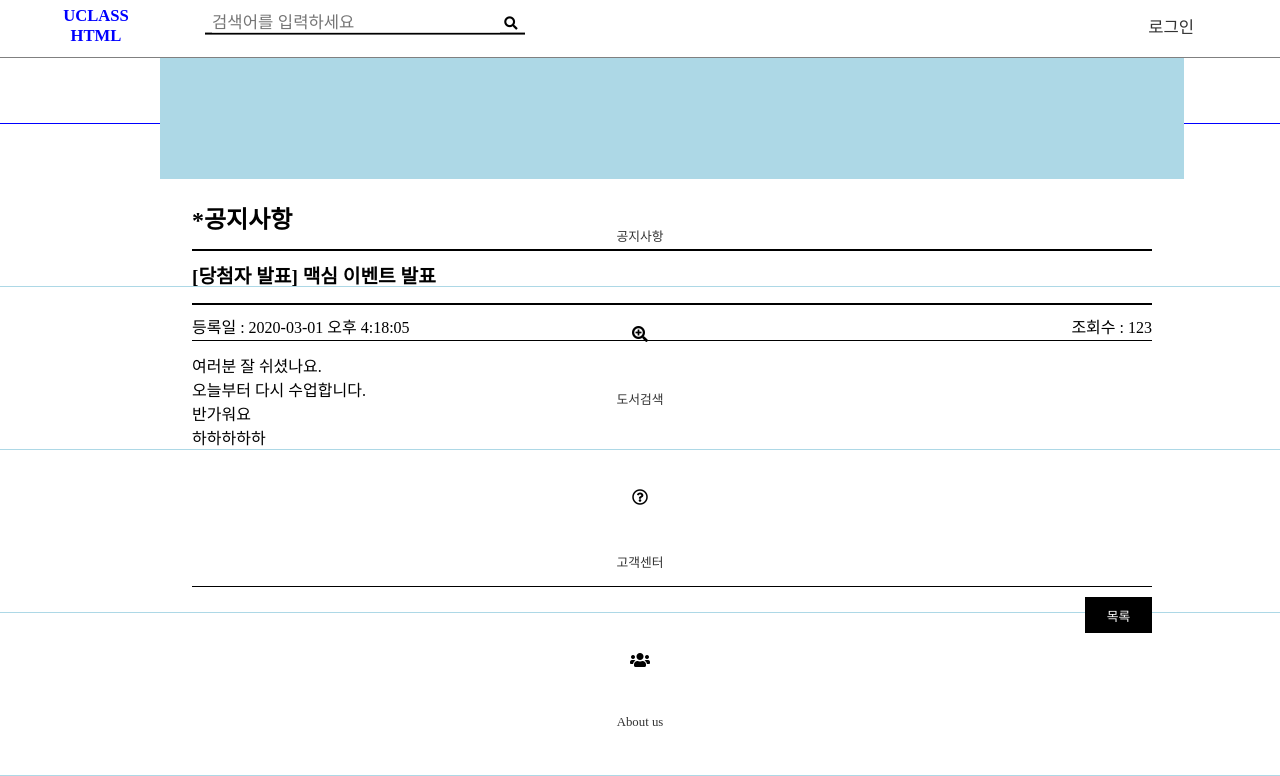
Repository: madhandz5/MyJavaPractice
Page: JS_HTML/servletBM/WebContent/WEB-INF/views/board/boardView.html
These files come from the project's save history. The page is drawn as it stood at one moment and after the next save; the edit follows.
The browser window is 1280 px wide. The pictures show the whole page.

Above is the page before, as saved 2020-04-22 12:26:11.

After the next save:
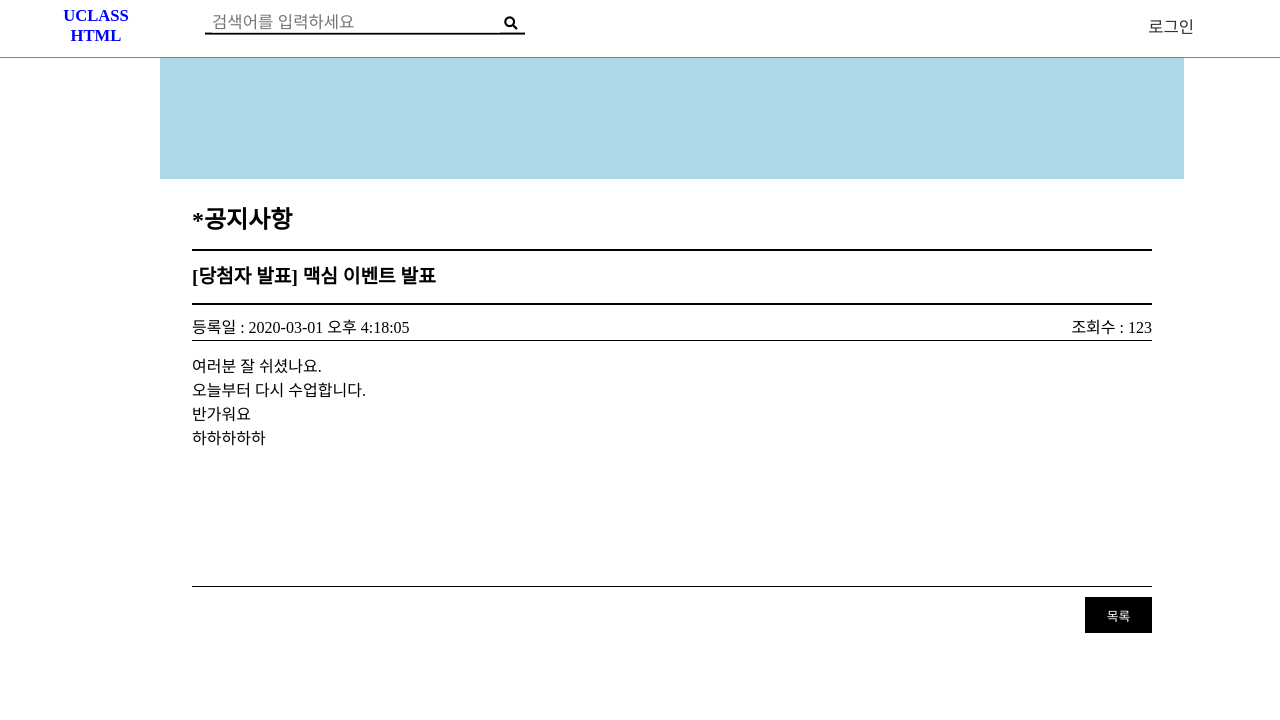
Saved 3 min 54 s later.
--- a/JS_HTML/servletBM/WebContent/WEB-INF/views/board/boardView.html
+++ b/JS_HTML/servletBM/WebContent/WEB-INF/views/board/boardView.html
@@ -28,23 +28,6 @@
 			</div>
 		</div>
 		<div class="floatdiv">
-			<!-- lnb -->
-			<h3 class="subject">
-				<span> - 메뉴</span>
-			</h3>
-			<ul class="fdlist">
-				<!-- d1 -->
-				<li class="d1"><i class="far fa-clipboard"></i> <a href="#!"><span>공지사항</span></a>
-				</li>
-				<li class="d1"><i class="fas fa-search-plus"></i> <a href="#!"><span>도서검색</span></a>
-				</li>
-				<li class="d1"><i class="far fa-question-circle"></i> <a
-					href="#!"><span>고객센터</span></a></li>
-				<li class="d1"><i class="fas fa-users"></i> <a href="#!"><span>About
-							us</span></a></li>
-			</ul>
-			<!-- // d1 -->
-		</div>
 		<div class="Menu">
 			<div class="MenuBox"></div>
 		</div>
